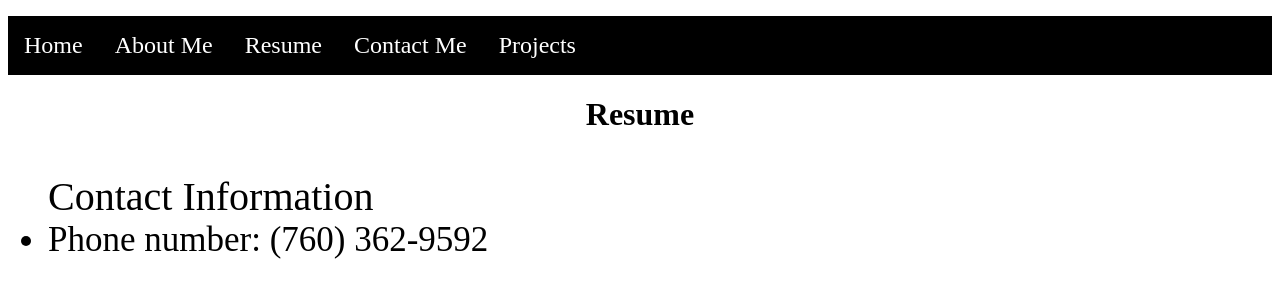
Repository: VidalLopez/VidalLopez.github.io
Page: resume.html
The author's editor kept a record of every edit. The page is drawn from the files as they stood at one moment, then again after the next edit.
The browser window is 1280 px wide. The pictures show the whole page.

Above is the page before.

After the next edit:
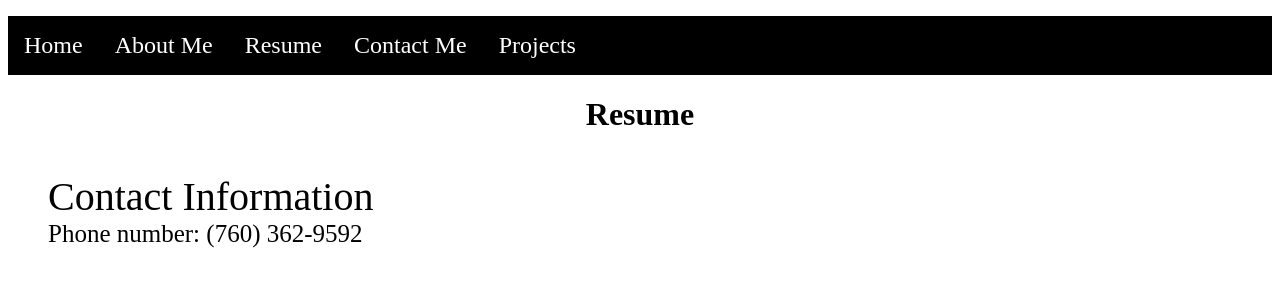
The edit:
--- a/resume.html
+++ b/resume.html
@@ -43,7 +43,8 @@
       text-align:center;
     }
     .contact li {
-      font-size:35px;
+      font-size:25px;
+      list-style: none;
     }
     .contact {
       font-size:40px;
